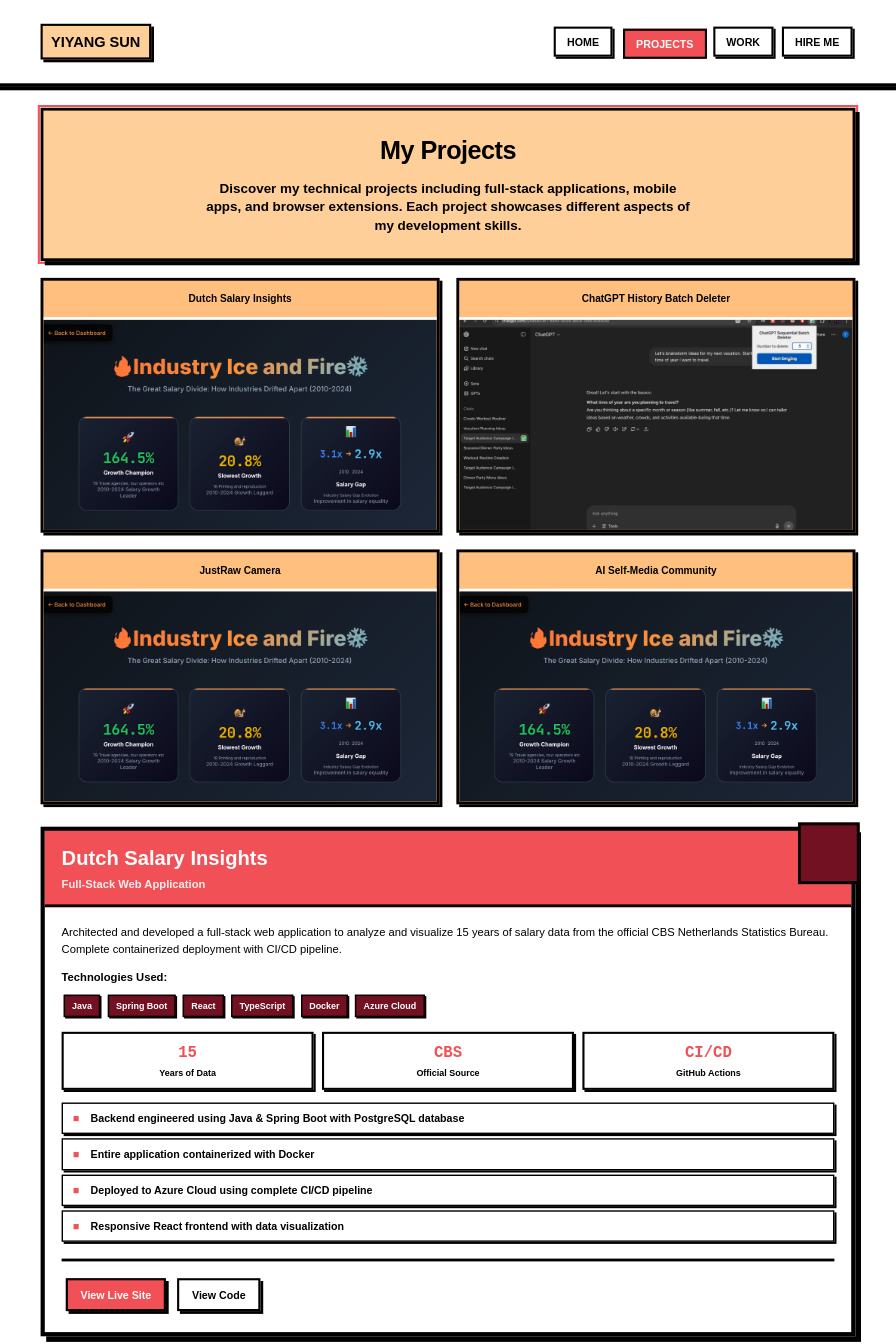
Repository: miloyiyangsun/yiyangsun.github.io
Page: .superdesign/design_iterations/yiyang_projects_v2.html
An editor plug-in stored every save of this project. The page is shown before and after the next save, followed by the edit.
The browser window is 1280 px wide. The pictures show the part of the page from y = 0 to 1920 px (the page is 4393 px tall), at 70% of full size.

Above is the page before, as saved 2025-09-03 20:26:10.

After the next save:
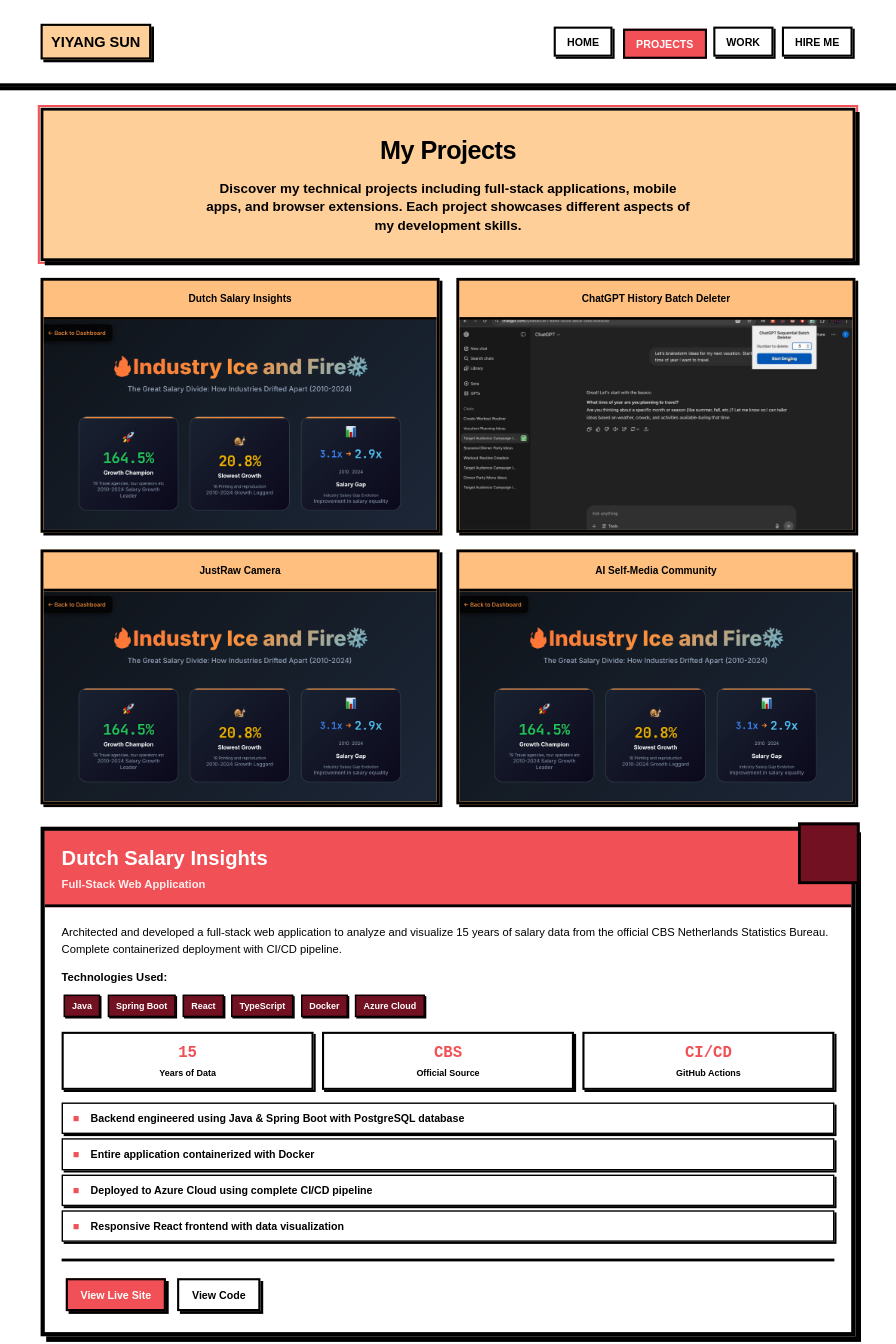
Saved 24 s later.
--- a/.superdesign/design_iterations/yiyang_projects_v2.html
+++ b/.superdesign/design_iterations/yiyang_projects_v2.html
@@ -83,7 +83,7 @@
         display: flex;
         align-items: center;
         justify-content: center;
-        border-bottom: 4px solid #ffffff;
+        border-bottom: 4px solid #000000;
       }
 
       .project-nav-item:hover,
